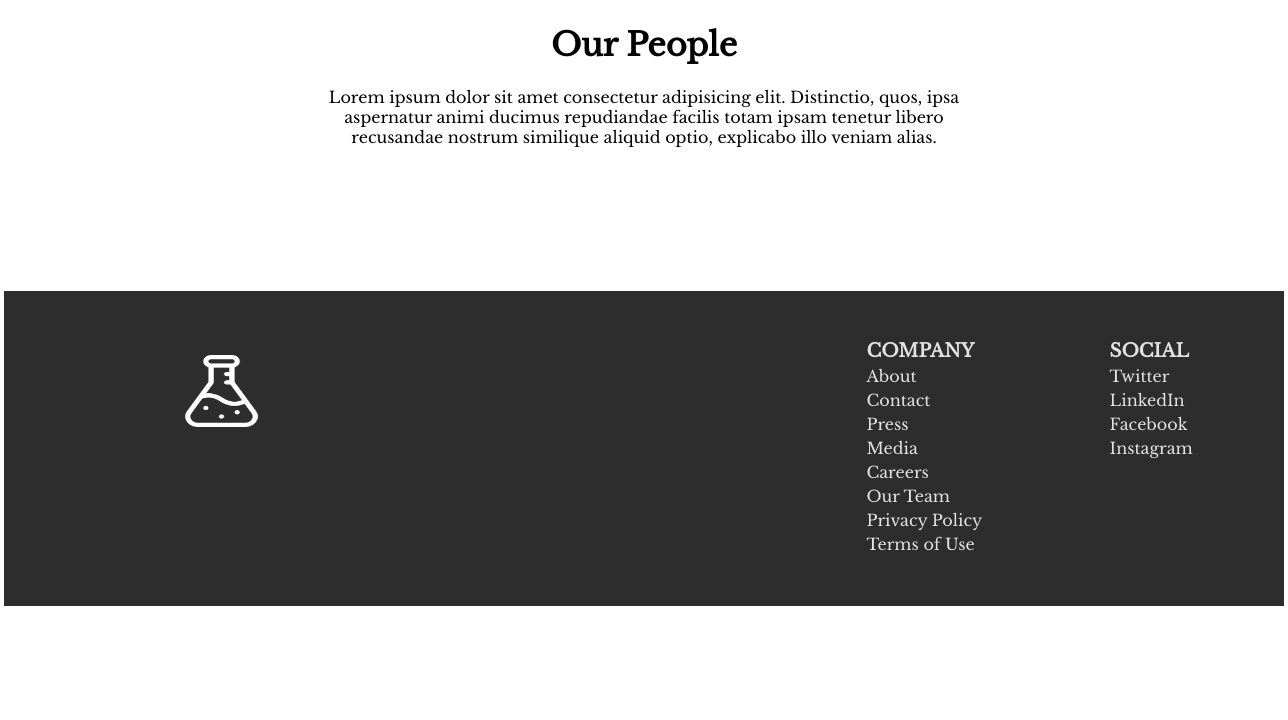
Repository: Tsardines/app
Page: / (app in my-app/)
An editor plug-in stored every save of this project. The page is shown before and after the next save, followed by the edit.
The browser window is 1280 px wide. The page is 1288 px wide, so the pictures cover 1288 px, including what lies to the right of the window. The pictures show the whole page.
The page's requests for data from a server got no answer. The project was rebuilt for these pictures with package versions that can differ from the ones it lists, and the page was loaded fresh each time. No one was signed in, and anything a server would have sent is missing.

Above is the page before, as saved 2018-11-14 20:34:00.

After the next save:
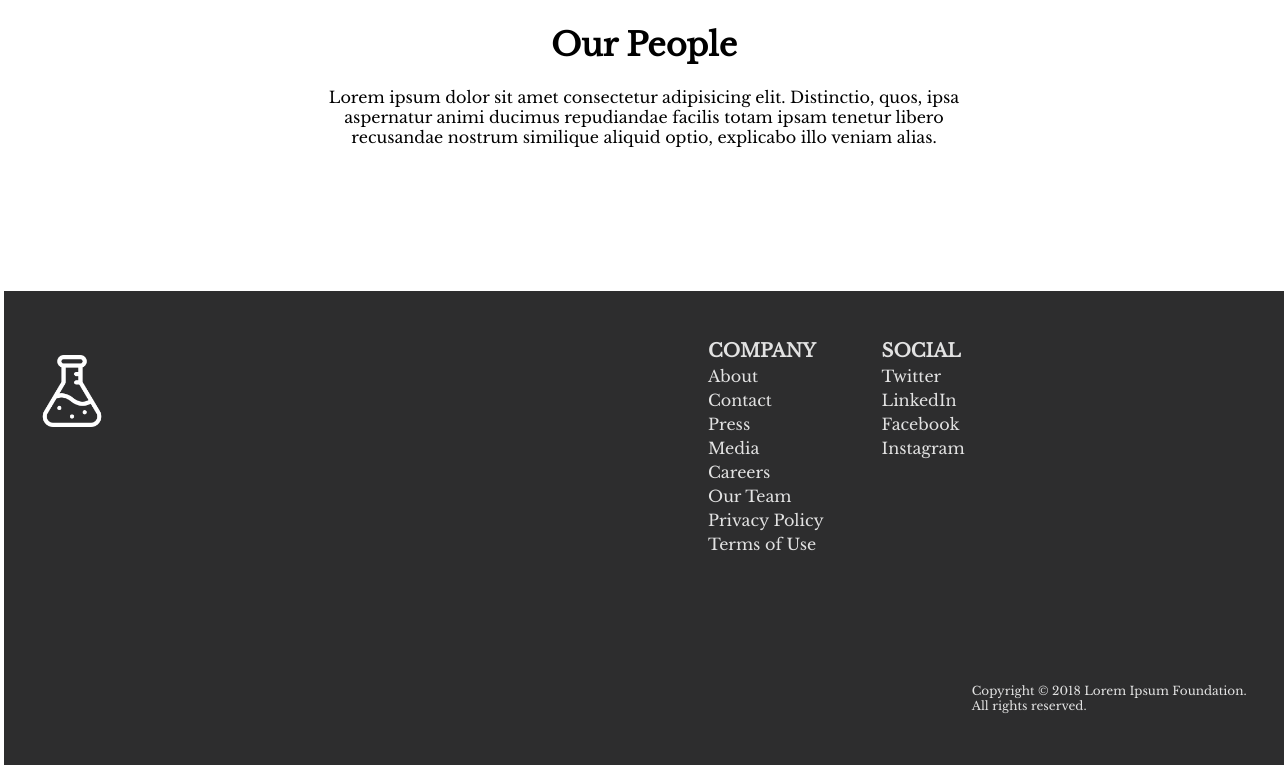
Saved 15 s later.
--- a/my-app/src/components/Footer.css
+++ b/my-app/src/components/Footer.css
@@ -6,7 +6,6 @@
     margin-top: 4em;
     overflow-x: hidden;
     padding: 2em;
-    position: relative;
     text-align: left;
     width: 100%;
 }
@@ -53,5 +52,4 @@
     font-size: 0.75em;
     height: 7vh;
     margin-top: 30em;
-    position: absolute;
 }
